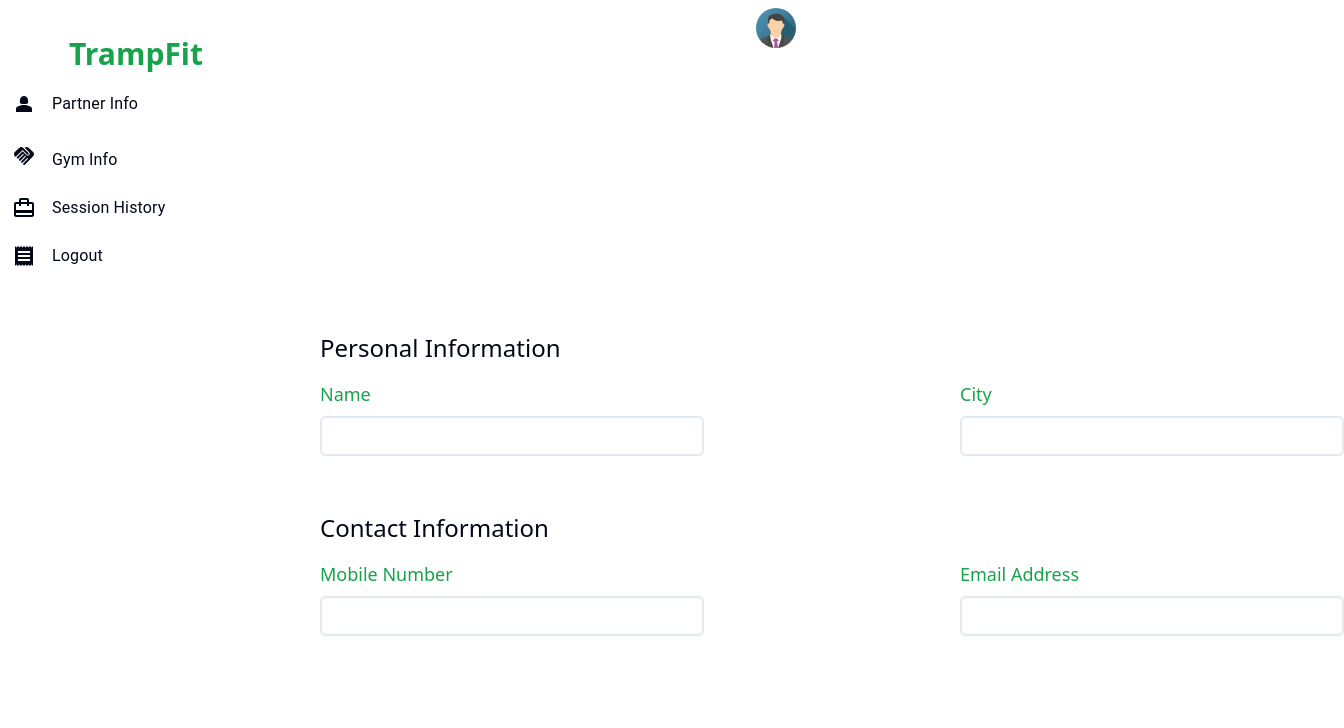
Repository: ezioxatul/TrampFit-Website
Page: /partner/partnerDashboard/partnerInfo (app in Frontend/)
These files come from the project's save history. The page is drawn as it stood at one moment and after the next save; the edit follows.
The browser window is 1280 px wide. The page is 1344 px wide, so the pictures cover 1344 px, including what lies to the right of the window. The pictures show the whole page.
The project was rebuilt for these pictures with package versions that can differ from the ones it lists, and the page was loaded fresh each time. The framework's server and built-in components were replaced by stand-ins that run in the browser. Also part of the build but not shown: Frontend/next.config.js, Frontend/next.config.mjs, Frontend/components/Loader.js, Frontend/components/Popup.js.

Above is the page before, as saved 2024-05-16 17:49:01.

### Frontend/pages/_app.js
import Loader from "@/components/Loader";
import "@/styles/globals.css";
import { useRouter } from "next/router";
import { useEffect, useState } from "react";


const Loading = () => {

  return (
    <Loader/>
  );
}

export default function App({ Component, pageProps }) {

  const [loading, setLoading] = useState(false);
  const router = useRouter();

  useEffect(() => {
    const handleStart = () => setLoading(true);
    const handleComplete = () => setLoading(false);

    router.events.on('routeChangeStart', handleStart);
    router.events.on('routeChangeComplete', handleComplete);
    router.events.on('routeChangeError', handleComplete);

    return () => {
      router.events.off('routeChangeStart', handleStart);
      router.events.off('routeChangeComplete', handleComplete);
      router.events.off('routeChangeError', handleComplete);
    };
  }, []);

  return (
    <>
    <div className="h-2">
      {
        loading  &&
          <Loading />

      }
      </div>
          <Component {...pageProps} />

    </>
  );
}

### Frontend/pages/_document.js
import { Html, Head, Main, NextScript } from "next/document";

export default function Document() {
  return (
    <Html lang="en">
          <Head />
          <body>
            <Main />
            <NextScript />
          </body>
        </Html>
        );
}

### Frontend/pages/partner/partnerDashboard/partnerInfo.js
import PartnerSideBar from "@/components/PartnerSideBar";
import { Avatar } from "@mui/material";
import { Input } from "@/components/ui/input";
import { Label } from "@/components/ui/label";
import { useEffect, useState } from "react";
import { useRouter } from "next/router";
import { ToastContainer, toast } from "react-toastify";

export default function partnerInfo() {
    const inputClassName = "w-96 text-lg border-2";
    const labelClassName = "text-lg text-green-600 font-normal";
    const containerClassName = "ml-80";

    return (
        <>
            <div className="flex flex-col min-h-screen">
                <div className="flex">
                    <PartnerSideBar />
                        <Avatar className="w-36 mx-auto mt-30 h-36 text-6xl bg-black" src="/avtar.png" />
                </div>
                <div>
                    <h1 className={`${containerClassName} text-2xl mb-4`}>Personal Information</h1>
                    <div className={`${containerClassName} flex mb-10`}>
                        <div className="mr-32 space-y-2">
                            <Label htmlFor="name" className={labelClassName}>
                                Name
                            </Label>
                            <Input type="text" className={inputClassName} />
                        </div>
                        <div className="ml-32 space-y-2">
                            <Label htmlFor="city" className={labelClassName}>
                                City
                            </Label>
                            <Input type="text" className={inputClassName} />
                        </div>
                    </div>
                </div>
                <div>
                    <h1 className={`${containerClassName} text-2xl mb-4 mt-4`}>Contact Information</h1>
                    <div className={`${containerClassName} flex mb-10`}>
                        <div className="mr-32 space-y-2">
                            <Label htmlFor="name" className={labelClassName}>
                                Mobile Number
                            </Label>
                            <Input type="text" className={inputClassName} />
                        </div>
                        <div className="ml-32 space-y-2 mb-10">
                            <Label htmlFor="city" className={labelClassName}>
                                Email Address
                            </Label>
                            <Input type="text" className={inputClassName} />
                        </div>
                        <ToastContainer />
                    </div>
                </div>
            </div>
        </>
    );
}

### Frontend/styles/globals.css
@tailwind base;
@tailwind components;
@tailwind utilities;


@layer base {
  :root {
    --background: 0 0% 100%;
    --foreground: 222.2 84% 4.9%;

    --card: 0 0% 100%;
    --card-foreground: 222.2 84% 4.9%;

    --popover: 0 0% 100%;
    --popover-foreground: 222.2 84% 4.9%;

    --primary: 222.2 47.4% 11.2%;
    --primary-foreground: 210 40% 98%;

    --secondary: 210 40% 96.1%;
    --secondary-foreground: 222.2 47.4% 11.2%;

    --muted: 210 40% 96.1%;
    --muted-foreground: 215.4 16.3% 46.9%;

    --accent: 210 40% 96.1%;
    --accent-foreground: 222.2 47.4% 11.2%;

    --destructive: 0 84.2% 60.2%;
    --destructive-foreground: 210 40% 98%;

    --border: 214.3 31.8% 91.4%;
    --input: 214.3 31.8% 91.4%;
    --ring: 222.2 84% 4.9%;

    --radius: 0.5rem;
  }

  .dark {
    --background: 222.2 84% 4.9%;
    --foreground: 210 40% 98%;

    --card: 222.2 84% 4.9%;
    --card-foreground: 210 40% 98%;

    --popover: 222.2 84% 4.9%;
    --popover-foreground: 210 40% 98%;

    --primary: 210 40% 98%;
    --primary-foreground: 222.2 47.4% 11.2%;

    --secondary: 217.2 32.6% 17.5%;
    --secondary-foreground: 210 40% 98%;

    --muted: 217.2 32.6% 17.5%;
    --muted-foreground: 215 20.2% 65.1%;

    --accent: 217.2 32.6% 17.5%;
    --accent-foreground: 210 40% 98%;

    --destructive: 0 62.8% 30.6%;
    --destructive-foreground: 210 40% 98%;

    --border: 217.2 32.6% 17.5%;
    --input: 217.2 32.6% 17.5%;
    --ring: 212.7 26.8% 83.9%;
  }
}

@layer base {
  * {
    @apply border-border;
  }
  body {
    @apply bg-background text-foreground;
  }
}


.outline_remove:focus{


}
.focus-visible\:ring-offset-2:focus-visible{
  border:none !important;
  outline: none !important;
  border-style: none;
}

### Frontend/components/PartnerSideBar.js
import List from '@mui/material/List';
import ListItemButton from '@mui/material/ListItemButton';
import ListItemText from '@mui/material/ListItemText';
import Person2Icon from '@mui/icons-material/Person2';
import HandshakeIcon from '@mui/icons-material/Handshake';
import CardTravelIcon from '@mui/icons-material/CardTravel';
import ReceiptIcon from '@mui/icons-material/Receipt';
import LogoutIcon from '@mui/icons-material/Logout';

import { useState } from 'react';
import Link from 'next/link';
import Popup from './Popup';
import { useRouter } from 'next/router';

export default function PartnerSideBar() {

    let SideBarHeading = ['Partner Info', 'Gym Info', 'Session History', 'Logout'];

    let router = useRouter();
    let [start, setStart] = useState(false);

    const logout = () => {
        setStart(!start);
    }


    const logoutEvent = () => {
        localStorage.removeItem('partnerToken');
        setStart(false);
        router.push('/partner/partnerLogin')
    }
    return (
        <>
            <div className=" w-72  m-[-8px] p-1  mb-10">
                <Link href="#"><h1 className=' text-green-600 text-3xl font-semibold text-center mt-8 cursor-pointer'>TrampFit</h1></Link>

                <List className='bg-white mt-8 ml-6 space-y-2'>
                    {
                        SideBarHeading.map((text, index) => {
                            return (
                                index === 1 ?
                                    <>

                                        <ListItemButton className=' space-x-4 flex justify-between hover:bg-green-100 hover:rounded-2xl hover:text-green-600'>
                                            <Link href="#" className='flex space-x-4 '>
                                                <HandshakeIcon className='text-2xl' />
                                                <ListItemText primary={text} />
                                            </Link>
                                        </ListItemButton>

                                    </> :
                                    index === 0 ?
                                        <Link href="#">
                                            <ListItemButton className=' space-x-4 hover:bg-green-100 hover:rounded-2xl hover:text-green-600'>
                                                <Person2Icon className='text-2xl' />
                                                <ListItemText primary={text} />
                                            </ListItemButton>
                                        </Link> :
                                        index === 2 ?
                                            <Link href="#">
                                                <ListItemButton className=' space-x-4 hover:bg-green-100 hover:rounded-2xl hover:text-green-600'>
                                                    <CardTravelIcon className='text-2xl' />
                                                    <ListItemText primary={text} />
                                                </ListItemButton>
                                            </Link> :
                                            index === 3 ?
                                                <Link href="#">
                                                    <ListItemButton className=' space-x-4 hover:bg-green-100 hover:rounded-2xl hover:text-green-600'>
                                                        <ReceiptIcon className='text-2xl' />
                                                        <ListItemText primary={text} />
                                                    </ListItemButton>
                                                </Link> :
                                                <ListItemButton className=' space-x-4 hover:bg-green-100 hover:rounded-2xl hover:text-green-600' onClick={logout}>
                                                    <LogoutIcon className='text-2xl' />
                                                    <ListItemText primary={text} />
                                                    <Popup open={start} title={"Do you Really want to Logout?"} cancel="Cancel" logout="Logout" logoutEvent={logoutEvent} cancelEvent={logout} />
                                                </ListItemButton>
                            )
                        })
                    }
                </List>
            </div>
        </>
    );
}

### Frontend/tailwind.config.js
/** @type {import('tailwindcss').Config} */
module.exports = {
  darkMode: ["class"],
  content: [
    './pages/**/*.{js,jsx}',
    './components/**/*.{js,jsx}',
    './app/**/*.{js,jsx}',
    './src/**/*.{js,jsx}',
  ],
  prefix: "",
  theme: {
    container: {
      center: true,
      padding: "2rem",
      screens: {
        "2xl": "1400px",
      },
    },
    extend: {fontFamily: {
      play: ["Play", "sans-serif"],
    },
      colors: {
        border: "hsl(var(--border))",
        input: "hsl(var(--input))",
        ring: "hsl(var(--ring))",
        background: "hsl(var(--background))",
        foreground: "hsl(var(--foreground))",
        primary: {
          DEFAULT: "hsl(var(--primary))",
          foreground: "hsl(var(--primary-foreground))",
        },
        secondary: {
          DEFAULT: "hsl(var(--secondary))",
          foreground: "hsl(var(--secondary-foreground))",
        },
        destructive: {
          DEFAULT: "hsl(var(--destructive))",
          foreground: "hsl(var(--destructive-foreground))",
        },
        muted: {
          DEFAULT: "hsl(var(--muted))",
          foreground: "hsl(var(--muted-foreground))",
        },
        accent: {
          DEFAULT: "hsl(var(--accent))",
          foreground: "hsl(var(--accent-foreground))",
        },
        popover: {
          DEFAULT: "hsl(var(--popover))",
          foreground: "hsl(var(--popover-foreground))",
        },
        card: {
          DEFAULT: "hsl(var(--card))",
          foreground: "hsl(var(--card-foreground))",
        },
      },
      borderRadius: {
        lg: "var(--radius)",
        md: "calc(var(--radius) - 2px)",
        sm: "calc(var(--radius) - 4px)",
      },
      keyframes: {
        "accordion-down": {
          from: { height: "0" },
          to: { height: "var(--radix-accordion-content-height)" },
        },
        "accordion-up": {
          from: { height: "var(--radix-accordion-content-height)" },
          to: { height: "0" },
        },
      },
      animation: {
        "accordion-down": "accordion-down 0.2s ease-out",
        "accordion-up": "accordion-up 0.2s ease-out",
      },
    },
  },
  plugins: [require("tailwindcss-animate")],
}

Loaded but not shown: Frontend/components/ui/input.jsx (common file); Frontend/components/ui/label.jsx (common file); Frontend/lib/utils.js (common file)

After the next save:
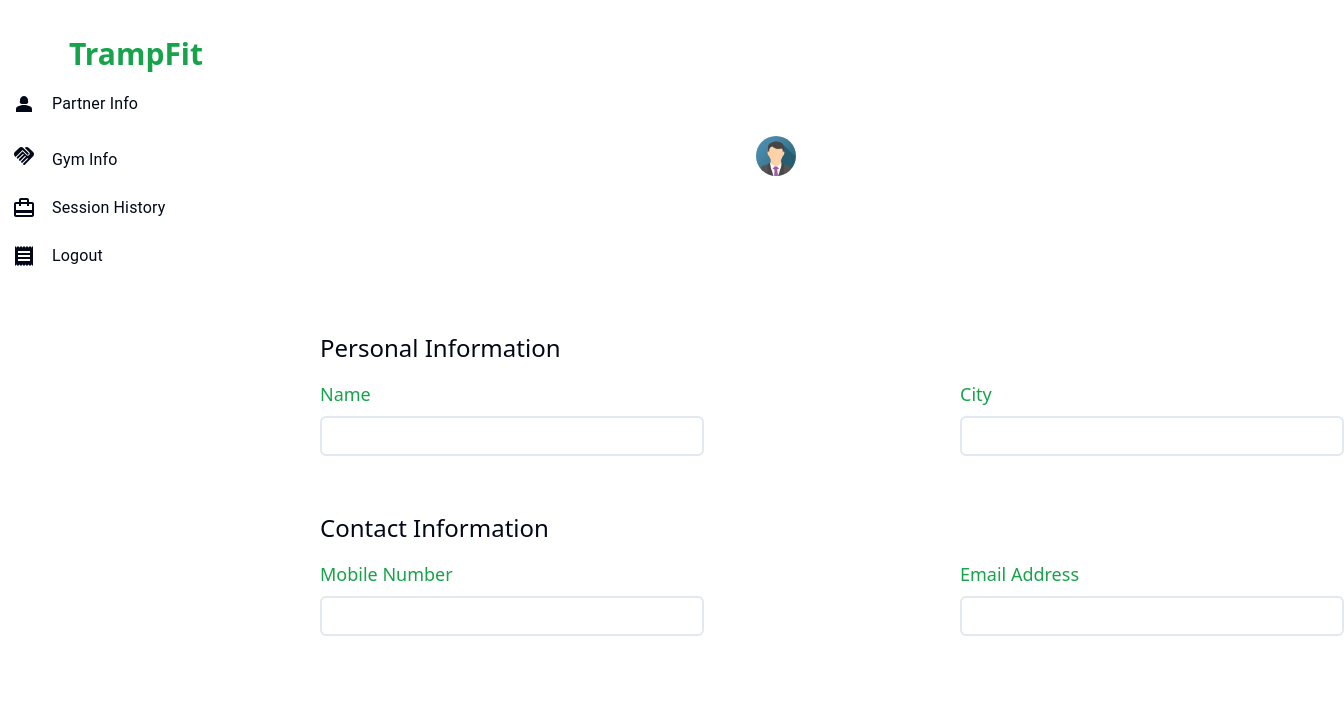
Saved 7 s later.
--- a/Frontend/pages/partner/partnerDashboard/partnerInfo.js
+++ b/Frontend/pages/partner/partnerDashboard/partnerInfo.js
@@ -16,7 +16,7 @@ export default function partnerInfo() {
             <div className="flex flex-col min-h-screen">
                 <div className="flex">
                     <PartnerSideBar />
-                        <Avatar className="w-36 mx-auto mt-30 h-36 text-6xl bg-black" src="/avtar.png" />
+                        <Avatar className="w-36 mx-auto mt-32 h-36 text-6xl bg-black" src="/avtar.png" />
                 </div>
                 <div>
                     <h1 className={`${containerClassName} text-2xl mb-4`}>Personal Information</h1>
